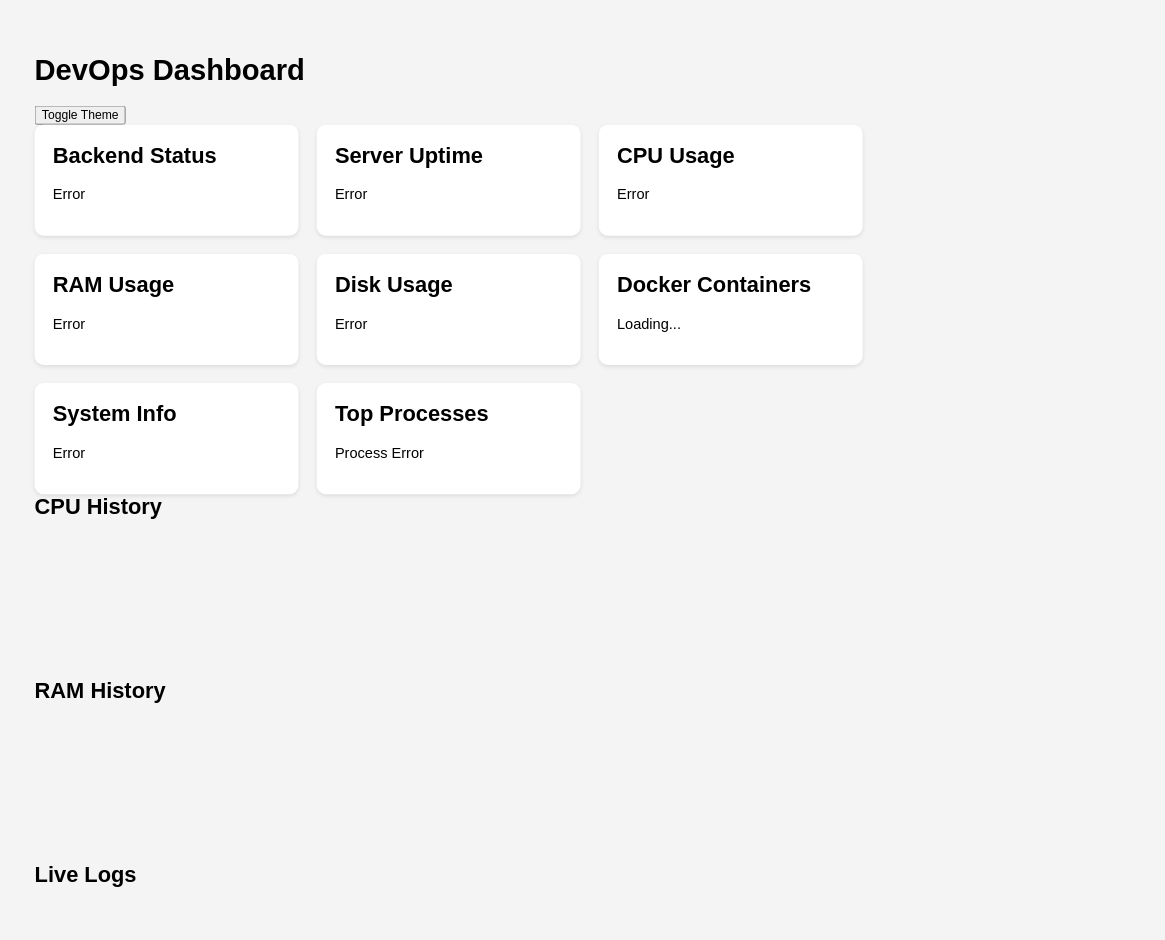
Repository: manoj-991/devops-dashboard
Page: frontend/index.html
These files come from the project's save history. The page is drawn as it stood at one moment and after the next save; the edit follows.
The browser window is 1280 px wide. The pictures show the whole page, at 91% of full size.
The page's requests for data from a server got no answer.

Above is the page before, as saved 2026-05-23 18:56:17.

### frontend/index.html
<!DOCTYPE html>
<html>

<head>

    <title>DevOps Dashboard</title>

    <link rel="stylesheet" href="/frontend/style.css">

    <script src="https://cdn.jsdelivr.net/npm/chart.js"></script>

</head>

<body>

    <div class="topbar">

        <h1>DevOps Dashboard</h1>

        <button onclick="toggleTheme()">
            Toggle Theme
        </button>

    </div>

    <div class="dashboard">

        <div class="card">
            <h2>Backend Status</h2>
            <p id="backend-status">Loading...</p>
        </div>

        <div class="card">
            <h2>Server Uptime</h2>
            <p id="uptime-result">Loading...</p>
        </div>

        <div class="card">
            <h2>CPU Usage</h2>
            <p id="cpu-result">Loading...</p>
        </div>

        <div class="card">
            <h2>RAM Usage</h2>
            <p id="ram-result">Loading...</p>
        </div>

        <div class="card">
            <h2>Disk Usage</h2>
            <p id="disk-result">Loading...</p>
        </div>

        <div class="card">
            <h2>Docker Containers</h2>
            <p id="docker-result">Loading...</p>
        </div>

        <div class="card">
            <h2>System Info</h2>
            <p id="system-result">Loading...</p>
        </div>

        <div class="card process-card">
            <h2>Top Processes</h2>
            <div id="process-result"></div>
        </div>

    </div>

    <div class="charts">

        <div class="chart-card">
            <h2>CPU History</h2>
            <canvas id="cpuChart"></canvas>
        </div>

        <div class="chart-card">
            <h2>RAM History</h2>
            <canvas id="ramChart"></canvas>
        </div>

    </div>

    <div class="logs-card">

        <h2>Live Logs</h2>

        <div id="logs"></div>

    </div>

    <div id="alert-box"></div>

    <script src="/frontend/app.js"></script>

</body>

</html>

### frontend/style.css
body {

    font-family: Arial;
    background-color: #f4f4f4;
    padding: 30px;
}

h1 {

    margin-bottom: 20px;
}

.dashboard {

    display: flex;
    gap: 20px;
    flex-wrap: wrap;
}

.card {

    background: white;
    padding: 20px;
    width: 250px;
    border-radius: 10px;

    box-shadow: 0 2px 5px rgba(0,0,0,0.1);
}

h2 {

    margin-top: 0;
}

### frontend/app.js
async function fetchData(url) {

    const response = await fetch(url);

    return await response.json();
}

async function loadDashboard() {

    try {

        const health = await fetchData("/api/health");

        document.getElementById("backend-status").innerText =
            health.status;

    } catch {

        document.getElementById("backend-status").innerText =
            "Error";
    }

    try {

        const uptime = await fetchData("/api/uptime");

        document.getElementById("uptime-result").innerText =
            uptime.uptime;

    } catch {

        document.getElementById("uptime-result").innerText =
            "Error";
    }

    try {

        const cpu = await fetchData("/api/cpu");

        document.getElementById("cpu-result").innerText =
            cpu.cpu;

    } catch {

        document.getElementById("cpu-result").innerText =
            "Error";
    }

    try {

        const ram = await fetchData("/api/ram");

        document.getElementById("ram-result").innerText =
            ram.ram;

    } catch {

        document.getElementById("ram-result").innerText =
            "Error";
    }

    try {

        const disk = await fetchData("/api/disk");

        document.getElementById("disk-result").innerText =
            disk.disk;

    } catch {

        document.getElementById("disk-result").innerText =
            "Error";
    }

    try {

        const system = await fetchData("/api/system");

        document.getElementById("system-result").innerText =
            `${system.hostname}
${system.platform}`;

    } catch {

        document.getElementById("system-result").innerText =
            "Error";
    }
    try {

        const processes = await fetchData("/api/processes");

        let html = "";

        processes.forEach(proc => {

            html += `
            <p>
                ${proc.name}<br>
                CPU: ${proc.cpu.toFixed(2)}%
            </p>
        `;
        });

        document.getElementById("process-result").innerHTML =
            html;

    } catch {

        document.getElementById("process-result").innerText =
            "Process Error";
    }
}

loadDashboard();

setInterval(loadDashboard, 5000);

After the next save:
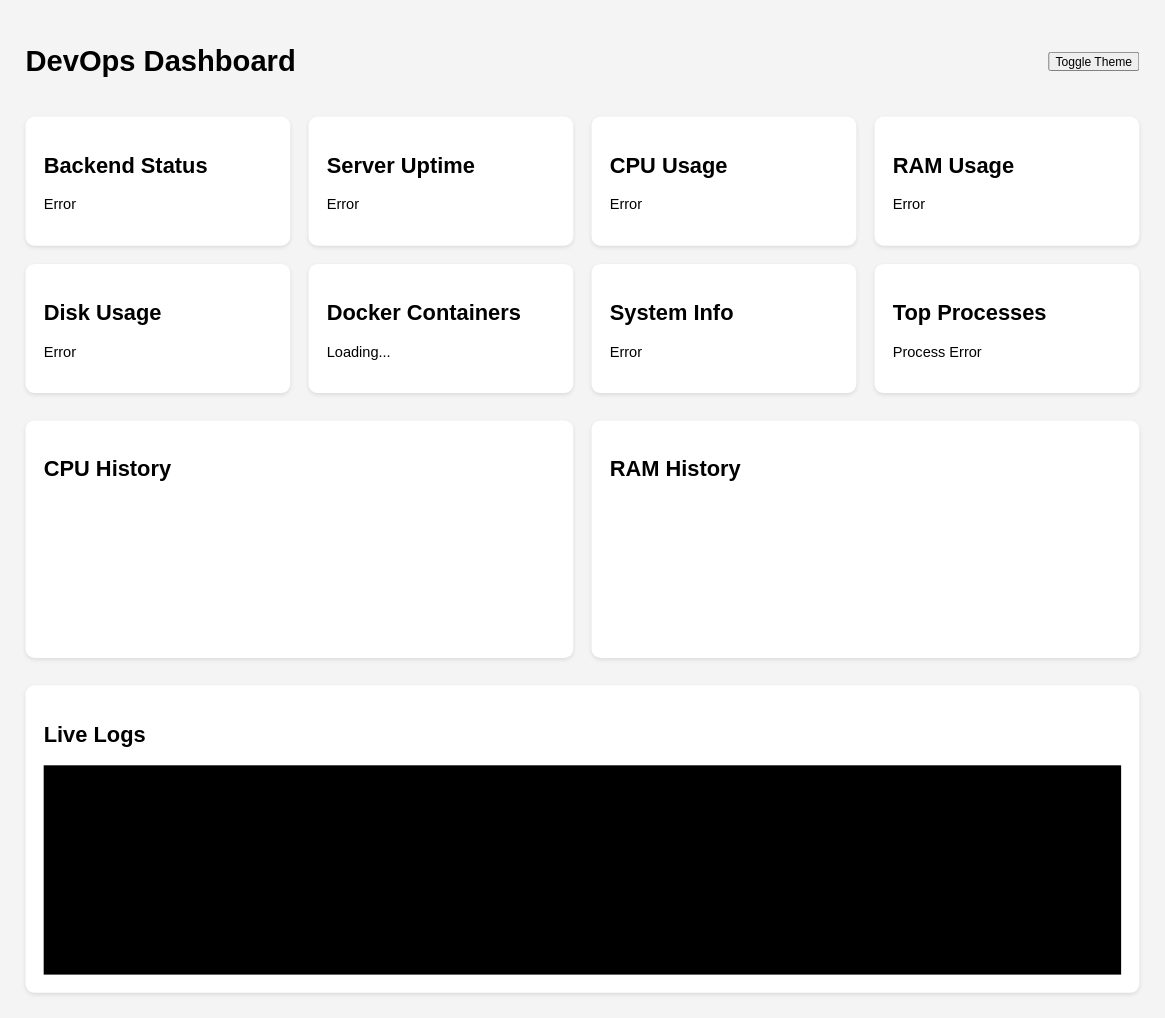
Saved 14 s later.
--- a/frontend/style.css
+++ b/frontend/style.css
@@ -1,33 +1,110 @@
 body {
 
     font-family: Arial;
-    background-color: #f4f4f4;
-    padding: 30px;
+    background: #f4f4f4;
+    color: black;
+
+    padding: 20px;
 }
 
-h1 {
+.dark {
 
-    margin-bottom: 20px;
+    background: #121212;
+    color: white;
+}
+
+.topbar {
+
+    display: flex;
+    justify-content: space-between;
+    align-items: center;
 }
 
 .dashboard {
 
-    display: flex;
+    display: grid;
+
+    grid-template-columns:
+        repeat(auto-fit, minmax(250px, 1fr));
+
     gap: 20px;
-    flex-wrap: wrap;
+
+    margin-top: 20px;
 }
 
-.card {
+.card,
+.chart-card,
+.logs-card {
 
     background: white;
+
     padding: 20px;
-    width: 250px;
+
     border-radius: 10px;
 
-    box-shadow: 0 2px 5px rgba(0,0,0,0.1);
+    box-shadow:
+        0 2px 5px rgba(0,0,0,0.1);
 }
 
-h2 {
+.dark .card,
+.dark .chart-card,
+.dark .logs-card {
 
-    margin-top: 0;
+    background: #1e1e1e;
 }
+
+.process-card {
+
+    max-height: 300px;
+    overflow-y: auto;
+}
+
+.charts {
+
+    display: grid;
+
+    grid-template-columns:
+        repeat(auto-fit, minmax(400px, 1fr));
+
+    gap: 20px;
+
+    margin-top: 30px;
+}
+
+.logs-card {
+
+    margin-top: 30px;
+}
+
+#logs {
+
+    background: black;
+
+    color: #00ff00;
+
+    padding: 15px;
+
+    height: 200px;
+
+    overflow-y: auto;
+
+    font-family: monospace;
+}
+
+#alert-box {
+
+    position: fixed;
+
+    top: 20px;
+    right: 20px;
+
+    background: red;
+
+    color: white;
+
+    padding: 15px;
+
+    border-radius: 10px;
+
+    display: none;
+}
